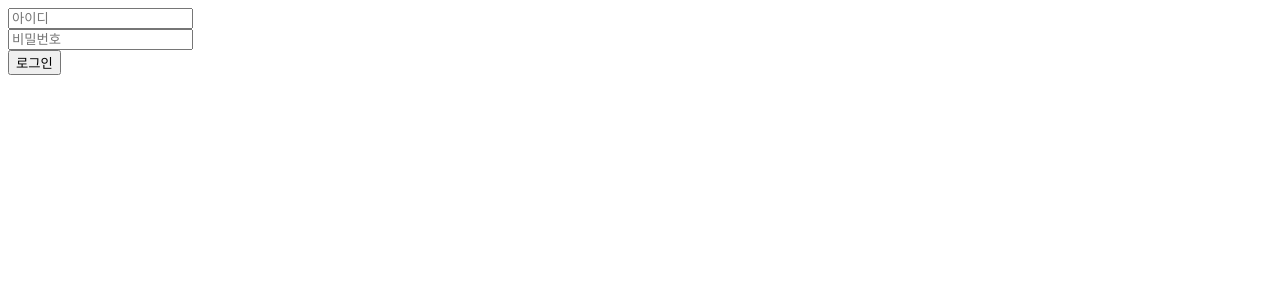
Repository: Yingjae/jsp_practice
Page: http://localhost/JSPBasic/JspObject/1.requests/req_login_form.jsp
The author's editor kept a copy of each file at every save. The page is drawn from the files as they stood at one save, then again after the next save.
The browser window is 1280 px wide. The pictures show the whole page.
The page is served by Tomcat 9.

Above is the page before, as saved 2022-02-04 01:24:41.

After the next save:
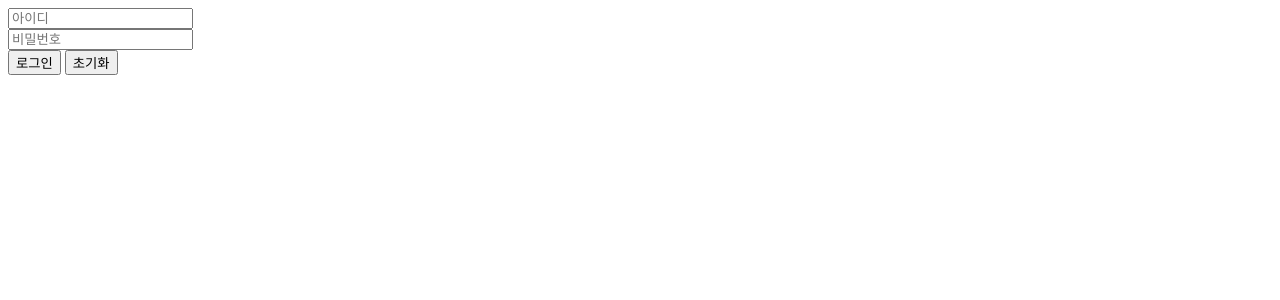
Saved 5 min 29 s later.
--- a/JSPBasic/src/main/webapp/JspObject/1.requests/req_login_form.jsp
+++ b/JSPBasic/src/main/webapp/JspObject/1.requests/req_login_form.jsp
@@ -11,6 +11,7 @@
 		<input type="text" name="id" placeholder="아이디" /><br/>
 		<input type="password" name="pw" placeholder="비밀번호" /><br/>
 		<input type="submit" value="로그인" />
+		<input type="reset" value="초기화" />
 	</form>
 </body>
 </html>
